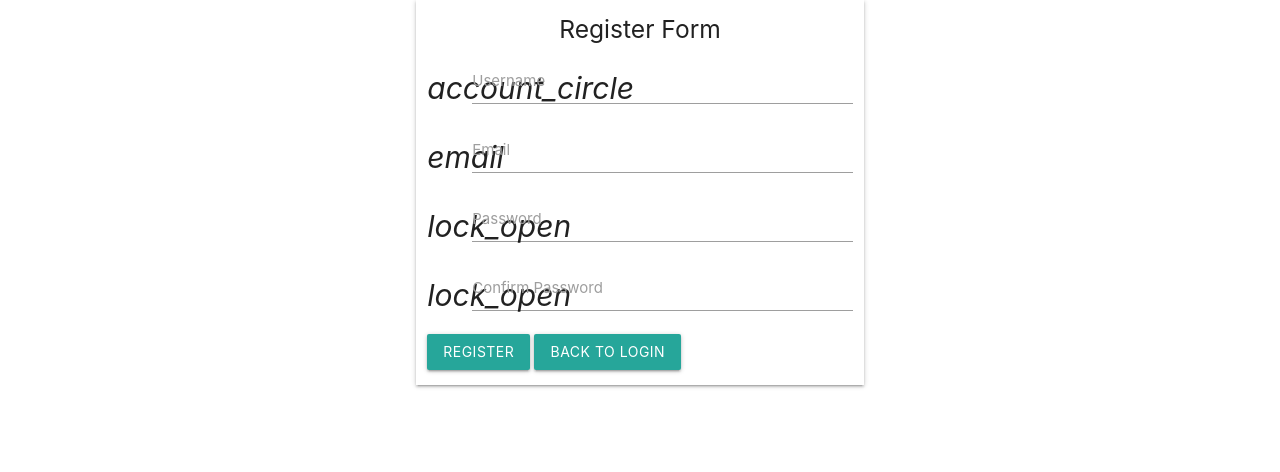
Repository: thdal/Atelier_JEE_16_02
Page: http://localhost/Atelier_JEE_16_02/WEB-INF/pages/connexion/FormRegister.jsp
An editor plug-in stored every save of this project. The page is shown before and after the next save, followed by the edit.
The browser window is 1280 px wide. The pictures show the whole page.
The page is served by Tomcat 9. Nobody is signed in. The template is opened directly, without the code that normally fills it, so the values that code supplies are empty.

Above is the page before, as saved 2021-02-22 07:06:04.

After the next save:
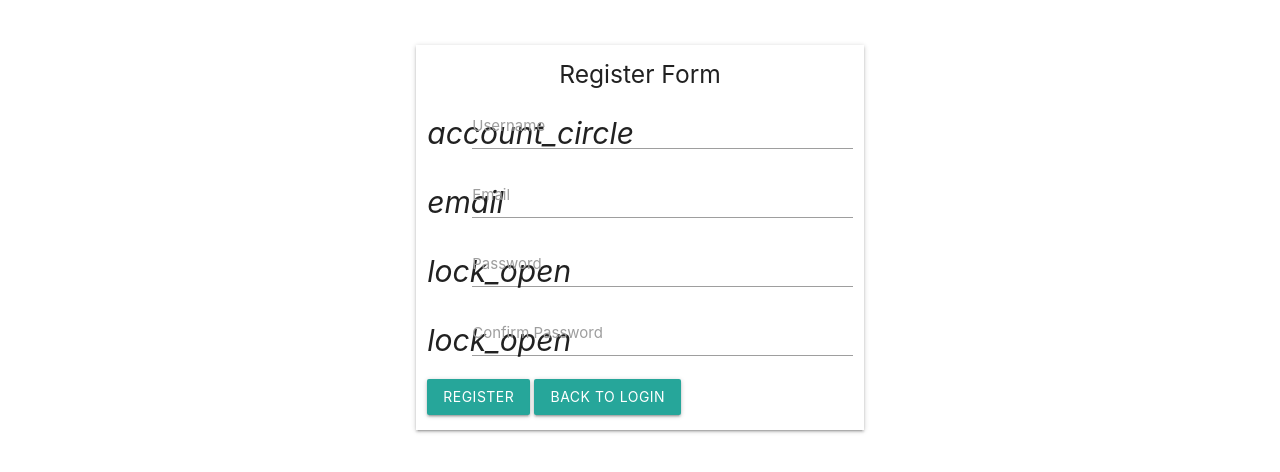
Saved 4 min 54 s later.
--- a/Atelier_JEE_16_02/src/main/webapp/WEB-INF/pages/connexion/FormRegister.jsp
+++ b/Atelier_JEE_16_02/src/main/webapp/WEB-INF/pages/connexion/FormRegister.jsp
@@ -10,7 +10,7 @@
 </head>
 <body>
 <div class="container">
-      <div class="row">
+      <div style="margin-top: 5%;" class="row">
           <div class="col s6 offset-s3 z-depth-1" id="panell">
             <h5 style="text-align: center;" id="title">Register Form</h5>
             <form>
